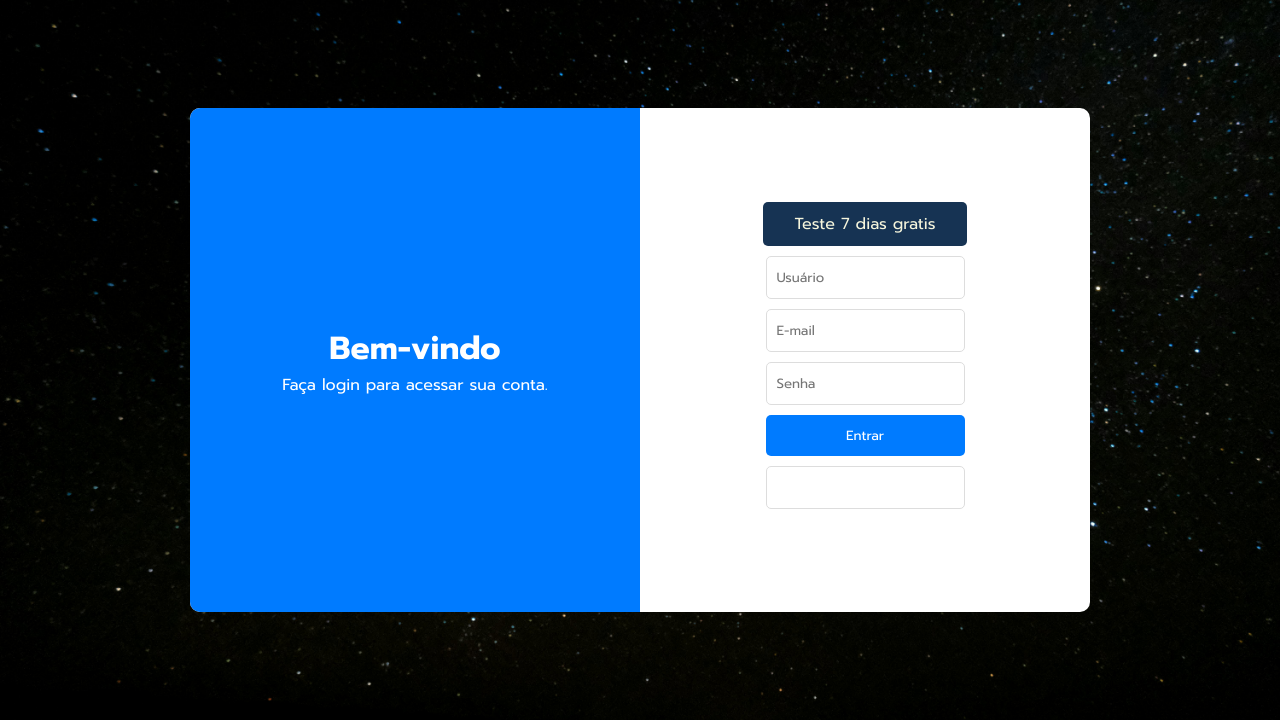
Repository: joao-paulo-paiva/tela-login
Page: index.html
These files come from the project's save history. The page is drawn as it stood at one moment and after a run of saves; the edit follows.
The browser window is 1280 px wide. The pictures show the whole page.

Above is the page before, as saved 2025-04-15 11:55:36.

### index.html
<!DOCTYPE html>
<html lang="pt-br">
<head>
    <meta charset="UTF-8">
    <meta name="viewport" content="width=device-width, initial-scale=1.0">
    <title>Tela de Login</title>
    <link rel="stylesheet" href="style.css">
    <link rel="preconnect" href="https://fonts.googleapis.com">
    <link rel="preconnect" href="https://fonts.gstatic.com" crossorigin>
    <link href="https://fonts.googleapis.com/css2?family=DM+Sans:ital,opsz,wght@0,9..40,100..1000;1,9..40,100..1000&family=Montserrat:ital,wght@0,100..900;1,100..900&family=Prompt:ital,wght@0,100;0,200;0,300;0,400;0,500;0,600;0,700;0,800;0,900;1,100;1,200;1,300;1,400;1,500;1,600;1,700;1,800;1,900&display=swap" rel="stylesheet">
</head>
<body>
    <div class="container">
        <div class="esquerda">
            <h1>Bem-vindo</h1>
            <p class="">Faça login para acessar sua conta.</p>
        </div>
        <div class="direita">
            <a href="#" class="teste-gratis"><p>Teste 7 dias gratis</p></a>
            <form action="#" method="POST">
                <input type="text" placeholder="Usuário" required>
                <input type="email" placeholder="E-mail" required>
                <input type="password" placeholder="Senha" required>
                <button type="submit">Entrar</button>
                <div>
                    <input
                </div>
            </form>
        </div>
    </div>
</body>
</html>

### style.css
* {
    margin: 0;
    padding: 0;
    box-sizing: border-box;
    font-family: "Prompt", sans-serif;
}

body {
    display: flex;
    justify-content: center;
    align-items: center;
    height: 100vh;
    background-image: url(./imagens/pexels-francesco-ungaro-998641.jpg);
    background-size: cover;
    background-position: center;
    background-repeat: no-repeat;
}

.container {
    display: flex;
    height: 70%;
    width: 80%;
    max-width: 900px;
    background: white;
    border-radius: 10px;
    overflow: hidden;
}

.esquerda, .direita {
    width: 50%;
    padding: 40px;
}

.esquerda {
    background-color: #007bff;
    color: white;
    display: flex;
    flex-direction: column;
    justify-content: center;
    align-items: center;
}

.direita {
    display: flex;
    flex-direction: column;
    justify-content: center;
    align-items: center;
}

input {
    display: block;
    width: 100%;
    padding: 10px;
    margin: 10px 0;
    border: 1px solid #ddd;
    border-radius: 5px;
}
.teste-gratis {
    display: flex;
    justify-content: center; /* Centraliza horizontalmente */
    align-items: center; /* Centraliza verticalmente */
    width: 55%;
    padding: 10px;
    background-color: #163353;
    text-decoration: none;
    color: beige;
    border-radius: 5px;
    text-align: center; /* Garante que o texto esteja centralizado dentro do bloco */
}

button {
    width: 100%;
    padding: 10px;
    background-color: #007bff;
    color: white;
    border: none;
    border-radius: 5px;
    cursor: pointer;
}

After the next 2 saves:
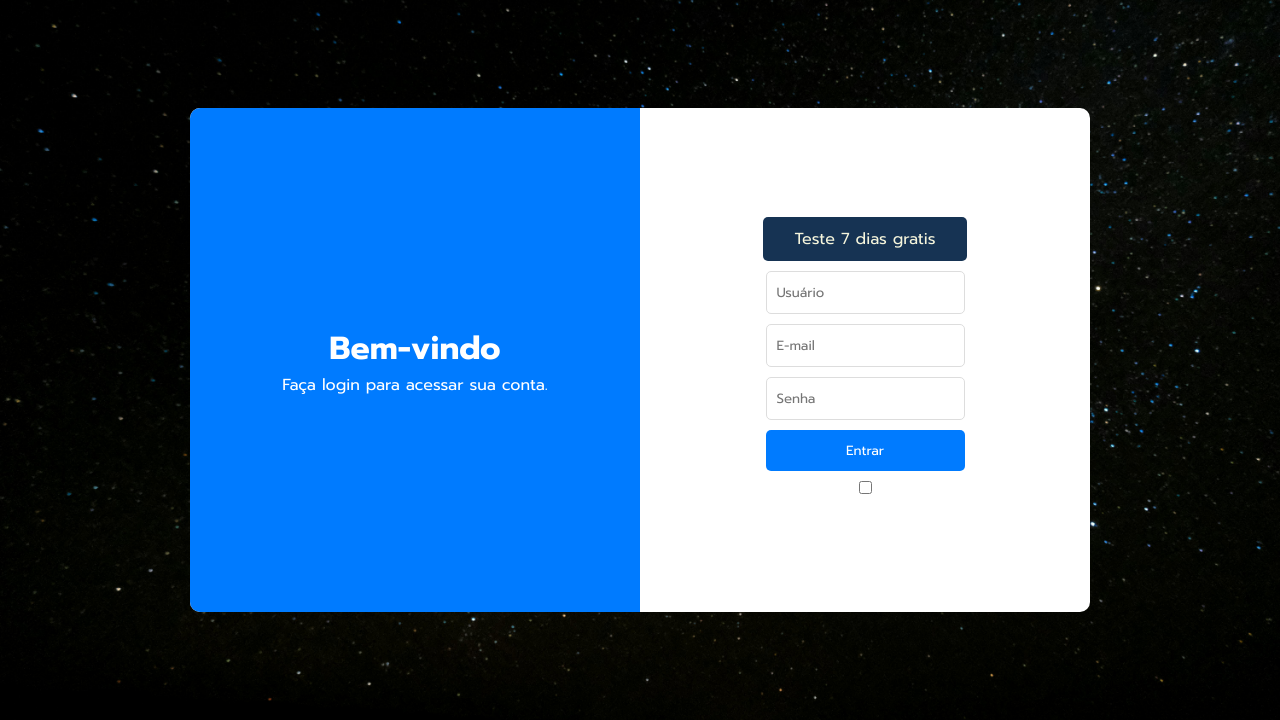
The 2 saves are shown as one change because they came seconds apart.
The last was saved 7 s later.
--- a/index.html
+++ b/index.html
@@ -23,7 +23,7 @@
                 <input type="password" placeholder="Senha" required>
                 <button type="submit">Entrar</button>
                 <div>
-                    <input
+                    <input type="checkbox"
                 </div>
             </form>
         </div>
